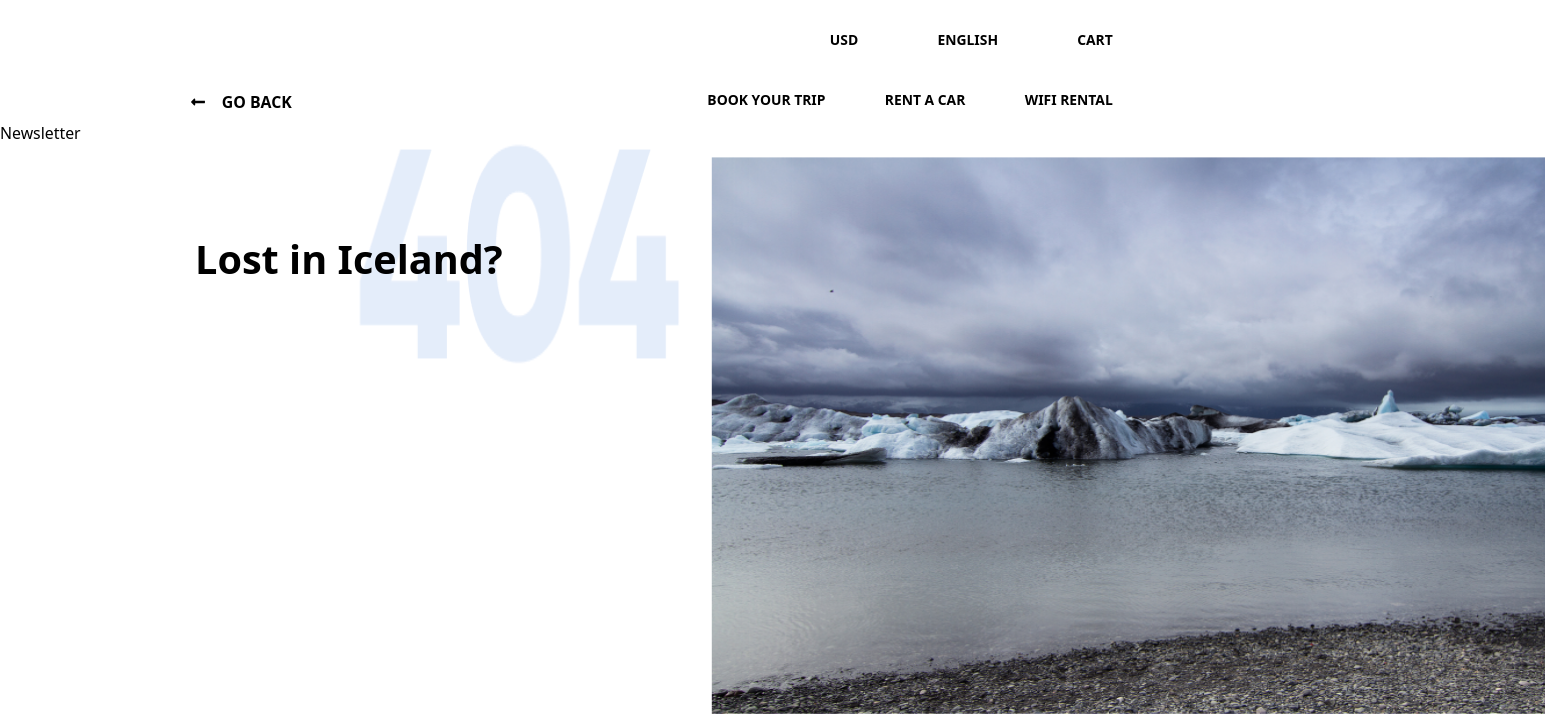
Repository: uh-sman/Iceland
Page: /
These files come from the project's save history. The page is drawn as it stood at one moment and after the next save; the edit follows.
The browser window is 1280 px wide. The page is 1561 px wide, so the pictures cover 1561 px, including what lies to the right of the window. The pictures show the whole page, at 99% of full size.
The project was rebuilt for these pictures with package versions that can differ from the ones it lists, and the page was loaded fresh each time.

Above is the page before, as saved 2022-09-08 22:17:39.

After the next save:
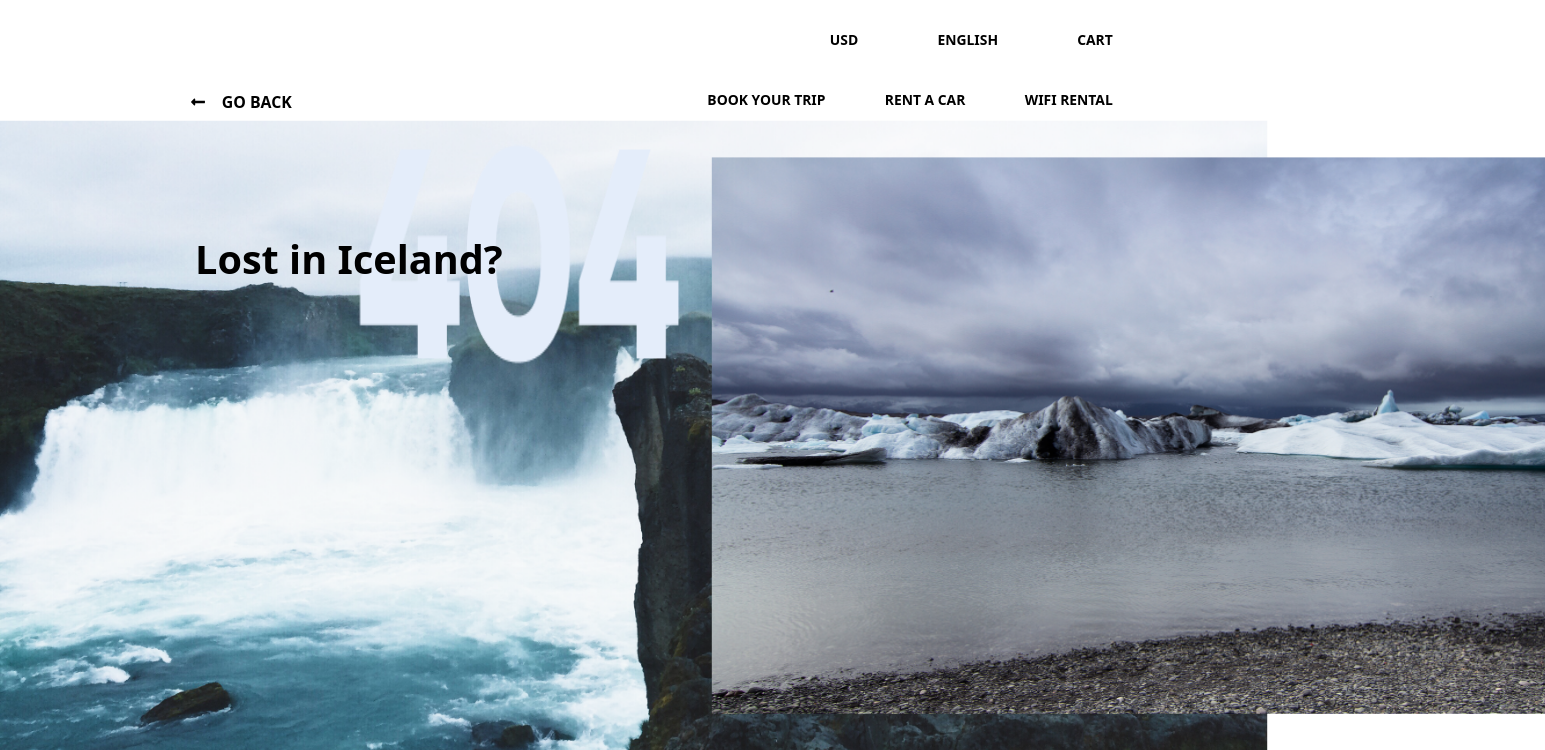
Saved 106 s later.
--- a/src/components/Newsletter.js
+++ b/src/components/Newsletter.js
@@ -1,5 +1,13 @@
 import React from "react";
-
+import adventure from "../Assets/adventure-makes-things-meaningful_t20_Vo0aX3 1.png";
 export const Newsletter = () => {
-  return <div>Newsletter</div>;
+  return (
+    <div>
+      <div>
+        <div>
+          <img src={adventure} />
+        </div>
+      </div>
+    </div>
+  );
 };
